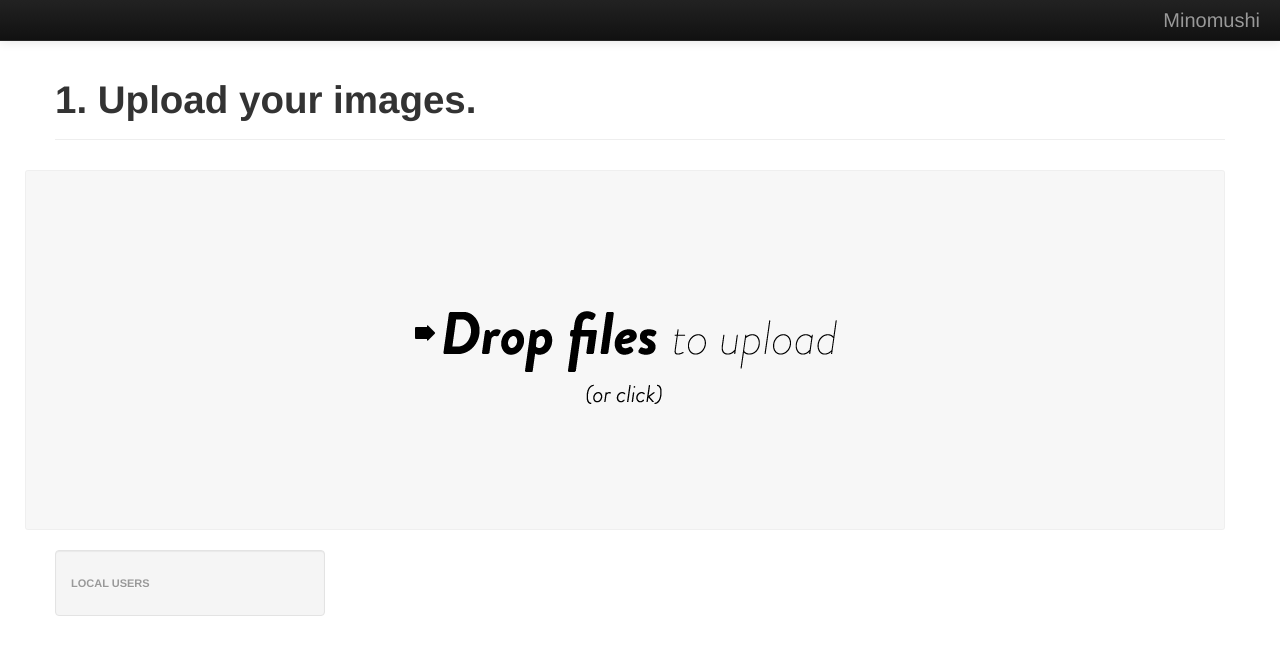
Repository: techiela/minomushi
Page: client/index.html
The author's editor kept a record of every edit. The page is drawn from the files as they stood at one moment, then again after the next edit.
The browser window is 1280 px wide. The pictures show the whole page.

Above is the page before.

### client/index.html
<!doctype html>
<html lang="en" ng-app>
  <head>
    <title>Minomushi : pretty image resizing for smartphone</title>
    <meta name="viewport" content="width=device-width, initial-scale=1.0">
    <link rel="stylesheet" href="/css/bootstrap.min.css">
    <link rel="stylesheet" href="/css/bootstrap-responsive.min.css">
    <link rel="stylesheet" href="/css/dropzone.css">
    <style>
      body {
        padding-top: 60px;
      }
    </style>
    <script>
      function MinomushiController($scope) {

        $scope.isDownloadLinkShow = false;
        $scope.send = function send() {
        };

        Dropzone.options.myAwesomeDropzone = {
          maxFilesize: 1, //MB
          addRemoveLinks: true,
          thumbnailWidth: 100, //px
          thumbnailHeight: 100, //px
          dictRemoveFile: 'remove',
          dictCancelUpload: 'cancel',
          init: function() {
            this.on("maxfilesexceeded", function(file) {
              alert("No more files please!");
            });

            this.on("complete", function(_file) {
              if (this.getUploadingFiles().length === 0 &&
                  this.getQueuedFiles().length === 0) {
                  // コールバックの中から$scopeにアクセスする
                  $scope.$apply(function() {
                    $scope.isDownloadLinkShow = true;
                  });

                  // ダウンロードリンクまでスクロールする
                  $("html, body").animate({
                    scrollTop: $("#downloadFromHere").offset().top
                  }, 1000);
              }
            });
          }
        }
      }
    </script>
  </head>
  <body>
    <div class="container" ng-controller="MinomushiController">
      <div class="navbar navbar-fixed-top navbar-inverse">
        <div class="navbar-inner">
          <div class="pull-right">
            <a href="/" class="brand">Minomushi</a>
          </div>
        </div>
      </div>
      <div class="page-header">
        <h1>1. Upload your images.</h1>
      </div>
      <div class="row">

        <form action="/fileUpload"
              class="dropzone"
              id="my-awesome-dropzone"></form>

        <!--/ by me -->

        <div class="span3">
          <ul class="nav nav-list well">
            <li class="nav-header">Local Users</li>
            </li>
          </ul>
        </div>
      </div>

      <div id="downloadFromHere" class="page-header" ng-show="isDownloadLinkShow">
        <h1>2. download from here.</h1>
      </div>

    </div>
    <script src="/js/jquery.min.js"></script>
    <script src="/js/bootstrap.min.js"></script>
    <script src="/js/angular.min.js"></script>
    <script src="/js/dropzone.js"></script>
    <!--<script src="/js/dropzone.impl.js"></script>-->
  </body>
</html>

### client/css/dropzone.css
/* The MIT License */
.dropzone,
.dropzone *,
.dropzone-previews,
.dropzone-previews * {
  -webkit-box-sizing: border-box;
  -moz-box-sizing: border-box;
  box-sizing: border-box;
}
.dropzone {
  position: relative;
  border: 1px solid rgba(0,0,0,0.08);
  background: rgba(0,0,0,0.02);
  padding: 1em;
}
.dropzone.dz-clickable {
  cursor: pointer;
}
.dropzone.dz-clickable .dz-message,
.dropzone.dz-clickable .dz-message span {
  cursor: pointer;
}
.dropzone.dz-clickable * {
  cursor: default;
}
.dropzone .dz-message {
  opacity: 1;
  -ms-filter: none;
  filter: none;
}
.dropzone.dz-drag-hover {
  border-color: rgba(0,0,0,0.15);
  background: rgba(0,0,0,0.04);
}
.dropzone.dz-started .dz-message {
  display: none;
}
.dropzone .dz-preview,
.dropzone-previews .dz-preview {
  background: rgba(255,255,255,0.8);
  position: relative;
  display: inline-block;
  margin: 17px;
  vertical-align: top;
  border: 1px solid #acacac;
  padding: 6px 6px 6px 6px;
}
.dropzone .dz-preview.dz-file-preview [data-dz-thumbnail],
.dropzone-previews .dz-preview.dz-file-preview [data-dz-thumbnail] {
  display: none;
}
.dropzone .dz-preview .dz-details,
.dropzone-previews .dz-preview .dz-details {
  width: 100px;
  height: 100px;
  position: relative;
  background: #ebebeb;
  padding: 5px;
  margin-bottom: 22px;
}
.dropzone .dz-preview .dz-details .dz-filename,
.dropzone-previews .dz-preview .dz-details .dz-filename {
  overflow: hidden;
  height: 100%;
}
.dropzone .dz-preview .dz-details img,
.dropzone-previews .dz-preview .dz-details img {
  position: absolute;
  top: 0;
  left: 0;
  width: 100px;
  height: 100px;
}
.dropzone .dz-preview .dz-details .dz-size,
.dropzone-previews .dz-preview .dz-details .dz-size {
  position: absolute;
  bottom: -28px;
  left: 3px;
  height: 28px;
  line-height: 28px;
}
.dropzone .dz-preview.dz-error .dz-error-mark,
.dropzone-previews .dz-preview.dz-error .dz-error-mark {
  display: block;
}
.dropzone .dz-preview.dz-success .dz-success-mark,
.dropzone-previews .dz-preview.dz-success .dz-success-mark {
  display: block;
}
.dropzone .dz-preview:hover .dz-details img,
.dropzone-previews .dz-preview:hover .dz-details img {
  display: none;
}
.dropzone .dz-preview .dz-success-mark,
.dropzone-previews .dz-preview .dz-success-mark,
.dropzone .dz-preview .dz-error-mark,
.dropzone-previews .dz-preview .dz-error-mark {
  display: none;
  position: absolute;
  width: 40px;
  height: 40px;
  font-size: 30px;
  text-align: center;
  right: -10px;
  top: -10px;
}
.dropzone .dz-preview .dz-success-mark,
.dropzone-previews .dz-preview .dz-success-mark {
  color: #8cc657;
}
.dropzone .dz-preview .dz-error-mark,
.dropzone-previews .dz-preview .dz-error-mark {
  color: #ee162d;
}
.dropzone .dz-preview .dz-progress,
.dropzone-previews .dz-preview .dz-progress {
  position: absolute;
  top: 100px;
  left: 6px;
  right: 6px;
  height: 6px;
  background: #d7d7d7;
  display: none;
}
.dropzone .dz-preview .dz-progress .dz-upload,
.dropzone-previews .dz-preview .dz-progress .dz-upload {
  display: block;
  position: absolute;
  top: 0;
  bottom: 0;
  left: 0;
  width: 0%;
  background-color: #8cc657;
}
.dropzone .dz-preview.dz-processing .dz-progress,
.dropzone-previews .dz-preview.dz-processing .dz-progress {
  display: block;
}
.dropzone .dz-preview .dz-error-message,
.dropzone-previews .dz-preview .dz-error-message {
  display: none;
  position: absolute;
  top: -5px;
  left: -20px;
  background: rgba(245,245,245,0.8);
  padding: 8px 10px;
  color: #800;
  min-width: 140px;
  max-width: 500px;
  z-index: 500;
}
.dropzone .dz-preview:hover.dz-error .dz-error-message,
.dropzone-previews .dz-preview:hover.dz-error .dz-error-message {
  display: block;
}
.dropzone {
  border: 1px solid rgba(0,0,0,0.03);
  min-height: 360px;
  -webkit-border-radius: 3px;
  border-radius: 3px;
  background: rgba(0,0,0,0.03);
  padding: 23px;
}
.dropzone .dz-default.dz-message {
  opacity: 1;
  -ms-filter: none;
  filter: none;
  -webkit-transition: opacity 0.3s ease-in-out;
  -moz-transition: opacity 0.3s ease-in-out;
  -o-transition: opacity 0.3s ease-in-out;
  -ms-transition: opacity 0.3s ease-in-out;
  transition: opacity 0.3s ease-in-out;
  background-image: url("../img/spritemap.png");
  background-repeat: no-repeat;
  background-position: 0 0;
  position: absolute;
  width: 428px;
  height: 123px;
  margin-left: -214px;
  margin-top: -61.5px;
  top: 50%;
  left: 50%;
}
@media all and (-webkit-min-device-pixel-ratio:1.5),(min--moz-device-pixel-ratio:1.5),(-o-min-device-pixel-ratio:1.5/1),(min-device-pixel-ratio:1.5),(min-resolution:138dpi),(min-resolution:1.5dppx) {
  .dropzone .dz-default.dz-message {
    background-image: url("../img/spritemap@2x.png");
    -webkit-background-size: 428px 406px;
    -moz-background-size: 428px 406px;
    background-size: 428px 406px;
  }
}
.dropzone .dz-default.dz-message span {
  display: none;
}
.dropzone.dz-square .dz-default.dz-message {
  background-position: 0 -123px;
  width: 268px;
  margin-left: -134px;
  height: 174px;
  margin-top: -87px;
}
.dropzone.dz-drag-hover .dz-message {
  opacity: 0.15;
  -ms-filter: "progid:DXImageTransform.Microsoft.Alpha(Opacity=15)";
  filter: alpha(opacity=15);
}
.dropzone.dz-started .dz-message {
  display: block;
  opacity: 0;
  -ms-filter: "progid:DXImageTransform.Microsoft.Alpha(Opacity=0)";
  filter: alpha(opacity=0);
}
.dropzone .dz-preview,
.dropzone-previews .dz-preview {
  -webkit-box-shadow: 1px 1px 4px rgba(0,0,0,0.16);
  box-shadow: 1px 1px 4px rgba(0,0,0,0.16);
  font-size: 14px;
}
.dropzone .dz-preview.dz-image-preview:hover .dz-details img,
.dropzone-previews .dz-preview.dz-image-preview:hover .dz-details img {
  display: block;
  opacity: 0.1;
  -ms-filter: "progid:DXImageTransform.Microsoft.Alpha(Opacity=10)";
  filter: alpha(opacity=10);
}
.dropzone .dz-preview.dz-success .dz-success-mark,
.dropzone-previews .dz-preview.dz-success .dz-success-mark {
  opacity: 1;
  -ms-filter: none;
  filter: none;
}
.dropzone .dz-preview.dz-error .dz-error-mark,
.dropzone-previews .dz-preview.dz-error .dz-error-mark {
  opacity: 1;
  -ms-filter: none;
  filter: none;
}
.dropzone .dz-preview.dz-error .dz-progress .dz-upload,
.dropzone-previews .dz-preview.dz-error .dz-progress .dz-upload {
  background: #ee1e2d;
}
.dropzone .dz-preview .dz-error-mark,
.dropzone-previews .dz-preview .dz-error-mark,
.dropzone .dz-preview .dz-success-mark,
.dropzone-previews .dz-preview .dz-success-mark {
  display: block;
  opacity: 0;
  -ms-filter: "progid:DXImageTransform.Microsoft.Alpha(Opacity=0)";
  filter: alpha(opacity=0);
  -webkit-transition: opacity 0.4s ease-in-out;
  -moz-transition: opacity 0.4s ease-in-out;
  -o-transition: opacity 0.4s ease-in-out;
  -ms-transition: opacity 0.4s ease-in-out;
  transition: opacity 0.4s ease-in-out;
  background-image: url("../images/spritemap.png");
  background-repeat: no-repeat;
}
@media all and (-webkit-min-device-pixel-ratio:1.5),(min--moz-device-pixel-ratio:1.5),(-o-min-device-pixel-ratio:1.5/1),(min-device-pixel-ratio:1.5),(min-resolution:138dpi),(min-resolution:1.5dppx) {
  .dropzone .dz-preview .dz-error-mark,
  .dropzone-previews .dz-preview .dz-error-mark,
  .dropzone .dz-preview .dz-success-mark,
  .dropzone-previews .dz-preview .dz-success-mark {
    background-image: url("../img/spritemap@2x.png");
    -webkit-background-size: 428px 406px;
    -moz-background-size: 428px 406px;
    background-size: 428px 406px;
  }
}
.dropzone .dz-preview .dz-error-mark span,
.dropzone-previews .dz-preview .dz-error-mark span,
.dropzone .dz-preview .dz-success-mark span,
.dropzone-previews .dz-preview .dz-success-mark span {
  display: none;
}
.dropzone .dz-preview .dz-error-mark,
.dropzone-previews .dz-preview .dz-error-mark {
  background-position: -268px -123px;
}
.dropzone .dz-preview .dz-success-mark,
.dropzone-previews .dz-preview .dz-success-mark {
  background-position: -268px -163px;
}
.dropzone .dz-preview .dz-progress .dz-upload,
.dropzone-previews .dz-preview .dz-progress .dz-upload {
  -webkit-animation: loading 0.4s linear infinite;
  -moz-animation: loading 0.4s linear infinite;
  -o-animation: loading 0.4s linear infinite;
  -ms-animation: loading 0.4s linear infinite;
  animation: loading 0.4s linear infinite;
  -webkit-transition: width 0.3s ease-in-out;
  -moz-transition: width 0.3s ease-in-out;
  -o-transition: width 0.3s ease-in-out;
  -ms-transition: width 0.3s ease-in-out;
  transition: width 0.3s ease-in-out;
  -webkit-border-radius: 2px;
  border-radius: 2px;
  position: absolute;
  top: 0;
  left: 0;
  width: 0%;
  height: 100%;
  background-image: url("../images/spritemap.png");
  background-repeat: repeat-x;
  background-position: 0px -400px;
}
@media all and (-webkit-min-device-pixel-ratio:1.5),(min--moz-device-pixel-ratio:1.5),(-o-min-device-pixel-ratio:1.5/1),(min-device-pixel-ratio:1.5),(min-resolution:138dpi),(min-resolution:1.5dppx) {
  .dropzone .dz-preview .dz-progress .dz-upload,
  .dropzone-previews .dz-preview .dz-progress .dz-upload {
    background-image: url("../img/spritemap@2x.png");
    -webkit-background-size: 428px 406px;
    -moz-background-size: 428px 406px;
    background-size: 428px 406px;
  }
}
.dropzone .dz-preview.dz-success .dz-progress,
.dropzone-previews .dz-preview.dz-success .dz-progress {
  display: block;
  opacity: 0;
  -ms-filter: "progid:DXImageTransform.Microsoft.Alpha(Opacity=0)";
  filter: alpha(opacity=0);
  -webkit-transition: opacity 0.4s ease-in-out;
  -moz-transition: opacity 0.4s ease-in-out;
  -o-transition: opacity 0.4s ease-in-out;
  -ms-transition: opacity 0.4s ease-in-out;
  transition: opacity 0.4s ease-in-out;
}
.dropzone .dz-preview .dz-error-message,
.dropzone-previews .dz-preview .dz-error-message {
  display: block;
  opacity: 0;
  -ms-filter: "progid:DXImageTransform.Microsoft.Alpha(Opacity=0)";
  filter: alpha(opacity=0);
  -webkit-transition: opacity 0.3s ease-in-out;
  -moz-transition: opacity 0.3s ease-in-out;
  -o-transition: opacity 0.3s ease-in-out;
  -ms-transition: opacity 0.3s ease-in-out;
  transition: opacity 0.3s ease-in-out;
}
.dropzone .dz-preview:hover.dz-error .dz-error-message,
.dropzone-previews .dz-preview:hover.dz-error .dz-error-message {
  opacity: 1;
  -ms-filter: none;
  filter: none;
}
.dropzone a.dz-remove,
.dropzone-previews a.dz-remove {
  background-image: -webkit-linear-gradient(top, #fafafa, #eee);
  background-image: -moz-linear-gradient(top, #fafafa, #eee);
  background-image: -o-linear-gradient(top, #fafafa, #eee);
  background-image: -ms-linear-gradient(top, #fafafa, #eee);
  background-image: linear-gradient(to bottom, #fafafa, #eee);
  -webkit-border-radius: 2px;
  border-radius: 2px;
  border: 1px solid #eee;
  text-decoration: none;
  display: block;
  padding: 4px 5px;
  text-align: center;
  color: #aaa;
  margin-top: 26px;
}
.dropzone a.dz-remove:hover,
.dropzone-previews a.dz-remove:hover {
  color: #666;
}
@-moz-keyframes loading {
  from {
    background-position: 0 -400px;
  }
  to {
    background-position: -7px -400px;
  }
}
@-webkit-keyframes loading {
  from {
    background-position: 0 -400px;
  }
  to {
    background-position: -7px -400px;
  }
}
@-o-keyframes loading {
  from {
    background-position: 0 -400px;
  }
  to {
    background-position: -7px -400px;
  }
}
@keyframes loading {
  from {
    background-position: 0 -400px;
  }
  to {
    background-position: -7px -400px;
  }
}

Loaded but not shown: client/css/bootstrap.min.css (library); client/css/bootstrap-responsive.min.css (library); client/js/jquery.min.js (library); client/js/bootstrap.min.js (library); client/js/angular.min.js (library); client/js/dropzone.js (1874 lines, source omitted)

After the next edit:
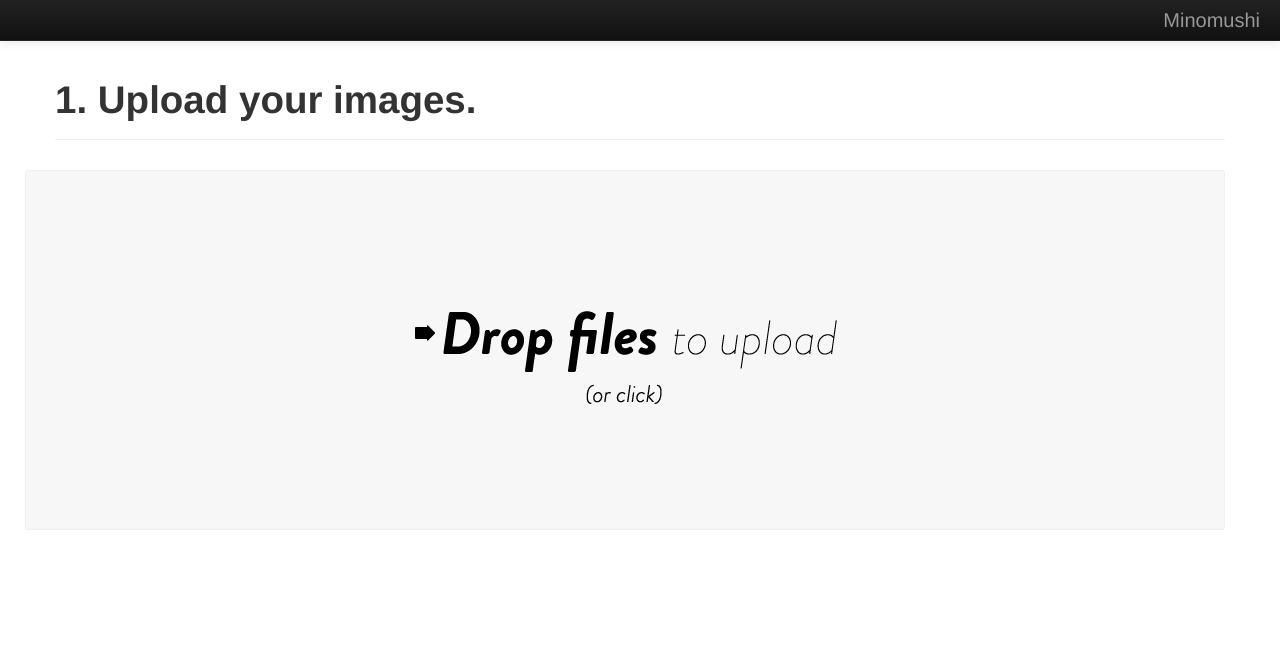
The edit:
--- a/client/index.html
+++ b/client/index.html
@@ -66,15 +66,6 @@
         <form action="/fileUpload"
               class="dropzone"
               id="my-awesome-dropzone"></form>
-
-        <!--/ by me -->
-
-        <div class="span3">
-          <ul class="nav nav-list well">
-            <li class="nav-header">Local Users</li>
-            </li>
-          </ul>
-        </div>
       </div>
 
       <div id="downloadFromHere" class="page-header" ng-show="isDownloadLinkShow">
